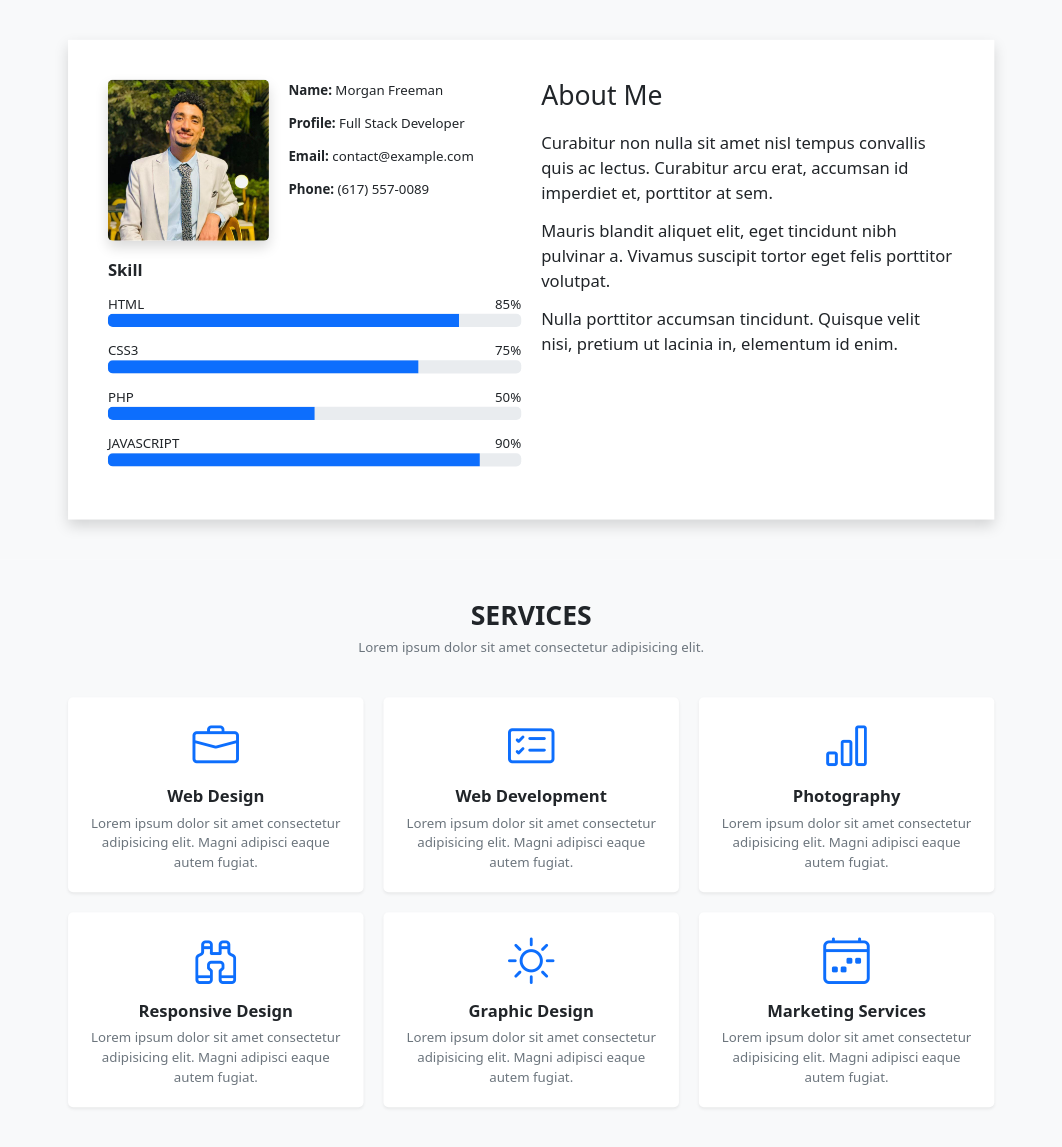
Repository: SayedMosb/protoflio_Bootstrap
Page: test.html
These files come from the project's save history. The page is drawn as it stood at one moment and after the next save; the edit follows.
The browser window is 1280 px wide. The pictures show the whole page, at 83% of full size.

Above is the page before, as saved 2026-10-11 23:57:46.

After the next save:
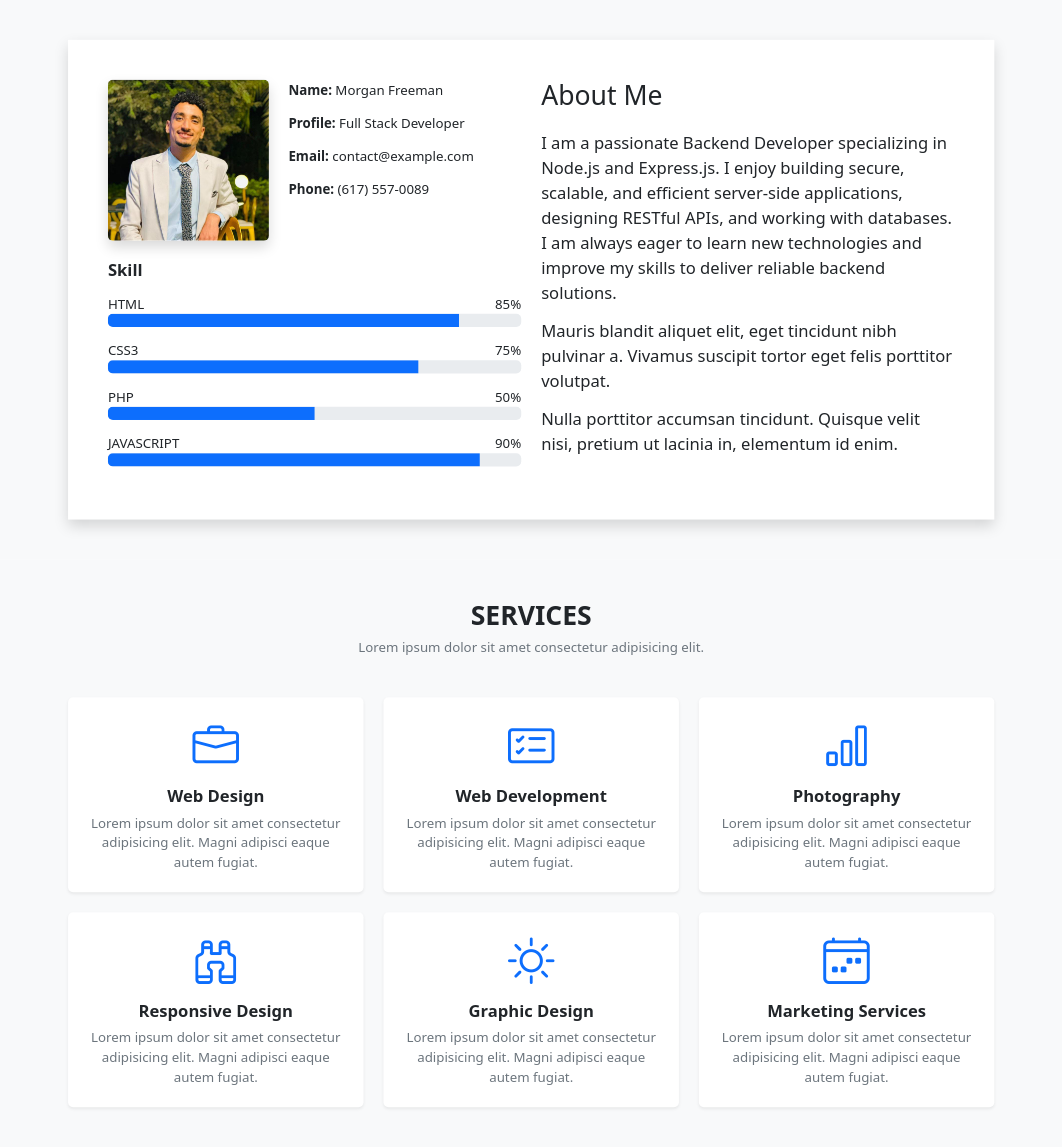
Saved 2 min 3 s later.
--- a/test.html
+++ b/test.html
@@ -138,10 +138,8 @@
                                     <h2 class="mb-4">About Me</h2>
 
                                     <p class="lead">
-                                        Curabitur non nulla sit amet nisl tempus
-                                        convallis quis ac lectus. Curabitur arcu
-                                        erat, accumsan id imperdiet et, porttitor
-                                        at sem.
+                                       I am a passionate Backend Developer specializing in Node.js and Express.js. I enjoy building secure, scalable, and efficient server-side applications, designing RESTful APIs, and working with databases. I am always eager to learn new technologies and improve my skills to deliver reliable backend solutions.
+
                                     </p>
 
                                     <p class="lead">
